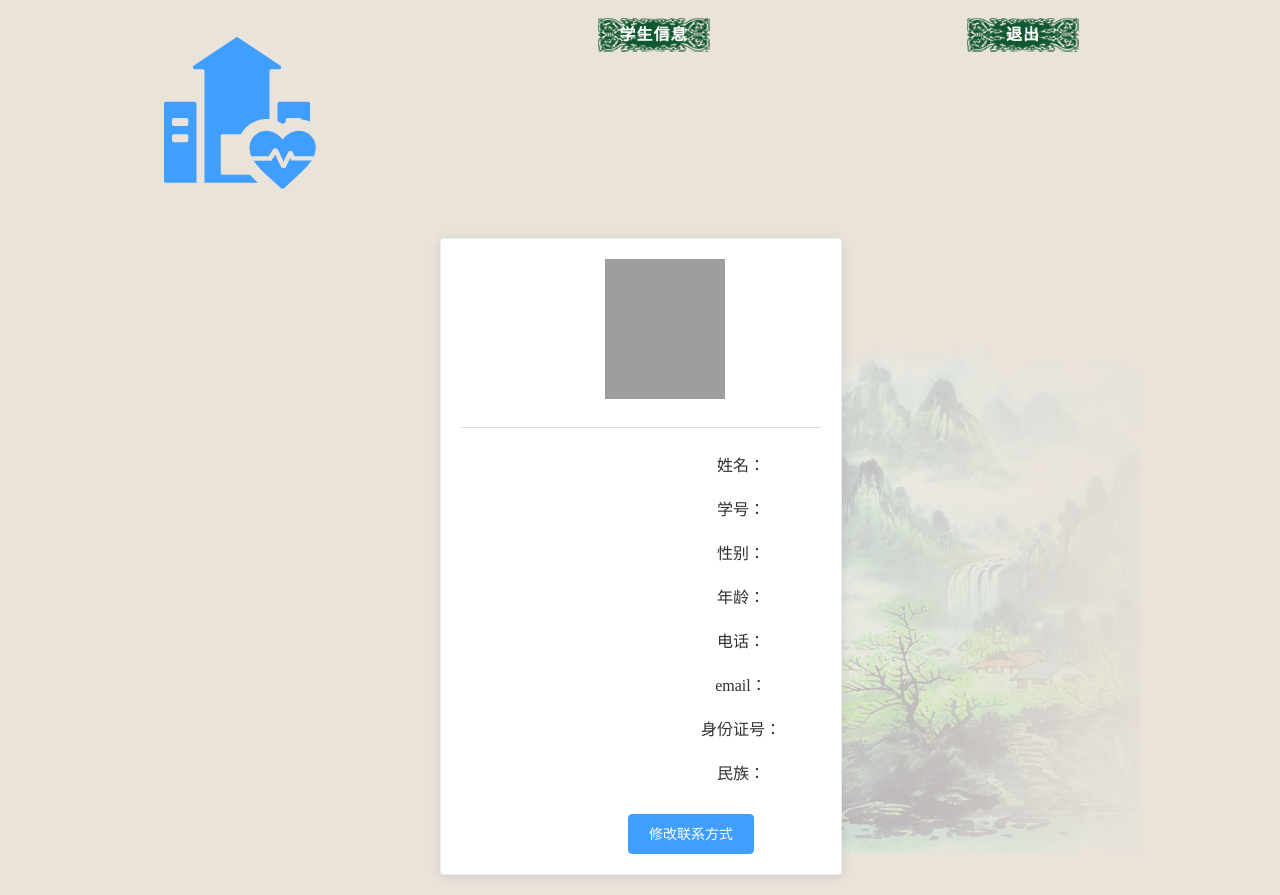
Repository: Blizzard-cyber/winsdom_scool_front
Page: /#/Personal
These files come from the project's save history. The page is drawn as it stood at one moment and after the next save; the edit follows.
The browser window is 1280 px wide. The pictures show the whole page.
Pictures or frames that could not be fetched are drawn as grey boxes. The project was rebuilt for these pictures with package versions that can differ from the ones it lists, and the page was loaded fresh each time. Also part of the build but not shown: src/components/comment/bottom.vue, src/components/first.vue, src/components/inside.vue, src/components/index.vue, src/components/dynamic/photo-news.vue, src/components/dynamic/latest-information.vue, src/components/contact/contact-us.vue, src/components/info_modules/course.vue and 7 more. Imported but missing from the stored project, and not drawn on this page: src/components/dynamic/school-notice, src/components/info_modules/lab.

Above is the page before, as saved 2022-07-04 12:05:15.
Console error: TypeError: Cannot read properties of null (reading 'getContext')

### index.html
<!DOCTYPE html>
<html>
  <head>
    <meta charset="utf-8">
    <meta name="viewport" content="width=device-width,initial-scale=1.0">
    <title>peidao</title>
  </head>
  <body>
    <div id="app"></div>
    <!-- built files will be auto injected -->
  </body>
</html>

### src/main.js
// The Vue build version to load with the `import` command
// (runtime-only or standalone) has been set in webpack.base.conf with an alias.
import Vue from 'vue'
import App from './App'
import router from './router'
import 'element-ui/lib/theme-chalk/index.css'
import ElementUI from 'element-ui'
import '../static/css/main.css'
import '../static/js/jquery-3.2.1.min'



Vue.config.productionTip = false
Vue.use(ElementUI)

/* eslint-disable no-new */
new Vue({
    el: '#app',
    router,
    template: '<App/>',
    components: { App }
})

### src/router/index.js
import Vue from 'vue'
import Router from 'vue-router'
import Head from '@/components/comment/head'
import Bottom from '@/components/comment/bottom'
import First from '@/components/first'
import Inside from '@/components/inside'
import Index from '@/components/index.vue'

import SchoolNotice from '@/components/dynamic/school-notice'
import PhotoNews from '@/components/dynamic/photo-news'
import LatestInformation from '@/components/dynamic/latest-information'

import ContactUs from '@/components/contact/contact-us'
import Info from '@/components/info'

import Course from '@/components/info_modules/course'
import CourseTable from '@/components/info_modules/course_table'
import ExamFee from '@/components/info_modules/exam_fee'
import Exam from '@/components/info_modules/exam'
import Gdesign from '@/components/info_modules/gdesign'
import Lab from '@/components/info_modules/lab'
import Personal from '@/components/info_modules/personal'
import Remark from '@/components/info_modules/remark'
import StudyFee from '@/components/info_modules/study_fee'

Vue.use(Router)
Vue.component('my-head', Head)
Vue.component('my-bottom', Bottom)

export default new Router({
    routes: [{
        path: '/',
        name: 'Index',
        component: Index
    }, {
        path: '/First',
        name: 'First',
        component: First
    }, {
        path: '/Head',
        name: 'Head',
        component: Head
    }, {
        path: '/Bottom',
        name: 'Bottom',
        component: Bottom
    }, {
        path: '/Inside',
        name: 'Inside',
        component: Inside
    },
    {
        path: '/Info',
        name: 'Info',
        component: Info
    },
    {
        path: '/SchoolNotice',
        name: 'SchoolNotice',
        component: SchoolNotice
    }, {
        path: '/PhotoNews',
        name: 'PhotoNews',
        component: PhotoNews
    }, {
        path: '/LatestInformation',
        name: 'LatestInformation',
        component: LatestInformation
    }, {
        path: '/LatestInformation',
        name: 'LatestInformation',
        component: LatestInformation
    }, {
        path: '/ContactUs',
        name: 'ContactUs',
        component: ContactUs
    }
        , {
        path: '/Course',
        name: 'Course',
        component: Course
    },
    {
        path: '/CourseTable',
        name: 'CourseTable',
        component: CourseTable
    },
    {
        path: '/ExamFee',
        name: 'ExamFee',
        component: ExamFee
    },
    {
        path: '/Exam',
        name: 'Exam',
        component: Exam
    },
    {
        path: '/Gdesign',
        name: 'Gdesign',
        component: Gdesign
    },
    {
        path: '/Lab',
        name: 'Lab',
        component: Lab
    },
    {
        path: '/Personal',
        name: 'Personal',
        component: Personal
    },
    {
        path: '/Remark',
        name: 'Remark',
        component: Remark
    },
    {
        path: '/StudyFee',
        name: 'StudyFee',
        component: StudyFee
    }]
})

### static/css/main.css
@charset "utf-8";

/* Global style */
html,
body,
h1,
h2,
h3,
h4,
h5,
h6,
div,
dl,
dt,
dd,
ul,
ol,
li,
p,
blockquote,
pre,
hr,
figure,
table,
caption,
th,
td,
form,
fieldset,
legend,
input,
button,
textarea,
menu {
  margin: 0;
  padding: 0;
  font-size: 16px;
}

header,
footer,
section,
article,
aside,
nav,
address,
figure,
figcaption,
menu,
details {
  display: block;
}

table {
  border-collapse: collapse;
  border-spacing: 0;
}

caption,
th {
  font-weight: normal;
}

html,
body,
fieldset,
iframe,
abbr {
  border: 0;
}

i,
cite,
em,
var,
address,
dfn {
  font-style: normal;
}

ul,
ol,
li {
  list-style: none;
}

h1,
h2,
h3,
h4,
h5,
h6,
small {
  font-size: 100%;
  font-weight: 300;
}

pre,
code,
kbd,
samp {
  font-family: inherit;
}

q:before,
q:after {
  content: none;
  content: '';
}

textarea {
  overflow: auto;
  resize: none;
}

label,
summary {
  cursor: default;
}

a,
button {
  cursor: pointer;
}

em,
strong,
b {
  font-weight: 400;
}

textarea,
input,
button,
select,
keygen,
legend {
  color: #777;
  outline: 0;
  font-family: "Microsoft YaHei", Arial;
  font-size: 100%;
  margin: 0;
  outline: none;
  vertical-align: baseline;
  _overflow: visible;
  -webkit-appearance: none;
  -webkit-tap-highlight-color: rgba(255, 255, 255, 0.3);
}

a {
  color: #333;
  border: none;
  text-decoration: none;
  outline: none;
}

a:focus {
  outline: 0;
  -moz-outline-style: none;
}

img {
  border: 0 none;
}

html {
  text-align: center;
  /*background-color: #f5f5f5!important;*/
}

[v-cloak] {
  display: none !important;
}

.allcontainer {
  background: #fff;
}

.flex-col,
.flex-row {
  display: i-webkt-box;
  display: -webkit-flex;
  display: -ms-flexbox;
  display: flex;
}

.flex-col {
  -ms-flex-direction: column;
  -webkit-flex-direction: column;
  flex-direction: column;
}

.flex-col.flex-y-center {
  -webkit-justify-content: center;
  justify-content: center;
  -ms-justify-content: center;
}

.flex-col.flex-top {
  -webkit-justify-content: flex-starttart;
  justify-content: flex-start;
  -ms-justify-content: flex-start;
}

.flex-col.flex-bottom {
  -webkit-justify-content: flex-end;
  justify-content: flex-end;
  -ms-justify-content: flex-end;
}

.flex-col.flex-x-center {
  -webkit-box-align: center;
  -webkit-align-items: center;
  -ms-flex-align: center;
  align-items: center;
}

.flex-col.flex-left {
  align-items: flex-start;
  -ms-align-content: flex-start;
  -webkit-align-content: flex-start;
  align-content: flex-start;
}

.flex-col.flex-right {
  align-items: flex-end;
  -ms-align-content: flex-end;
  -webkit-align-content: flex-end;
  align-content: flex-end;
}

.flex-row {
  -ms-flex-direction: row;
  -webkit-flex-direction: row;
  flex-direction: row;
}

.flex-row.flex-x-center {
  -webkit-box-pack: center;
  -webkit-justify-content: center;
  -ms-flex-pack: center;
  justify-content: center;
}

.flex-row.flex-y-center {
  -webkit-box-align: center;
  -webkit-align-items: center;
  -ms-flex-align: center;
  align-items: center;
}

.flex-row.flex-left {
  -webkit-justify-content: flex-start;
  justify-content: flex-start;
  -ms-justify-content: flex-start;
}

.flex-row.flex-right {
  -webkit-justify-content: flex-end;
  justify-content: flex-end;
  -ms-justify-content: flex-end;
}

.flex-row.flex-bottom {
  align-items: flex-end;
  -ms-align-content: flex-end;
  -webkit-align-content: flex-end;
  align-content: flex-end;
}

.flex-row.flex-top {
  align-items: flex-start;
  -ms-align-content: flex-start;
  -webkit-align-content: flex-start;
  align-content: flex-start;
}

.flex-row.flex-space-around {
  -webkit-justify-content: space-around;
  justify-content: space-around;
  -ms-justify-content: space-around;
}

.flex-row.flex-space-between {
  -webkit-box-pack: justify;
  -webkit-justify-content: space-between;
  -ms-flex-pack: justify;
  justify-content: space-between;
}

.flex-col.flex-space-around {
  -webkit-justify-content: space-around;
  justify-content: space-around;
  -ms-justify-content: space-around;
}

.flex-col.flex-space-between {
  -webkit-justify-content: space-between;
  justify-content: space-between;
  -ms-justify-content: space-between;
}

.flex-col.flex-wrap {
  -webkit-flex-wrap: wrap;
  flex-wrap: wrap;
  -ms-flex-wrap: wrap;
}

.flex-row.flex-wrap {
  -webkit-flex-wrap: wrap;
  flex-wrap: wrap;
  -ms-flex-wrap: wrap;
}

.main {
  background: #e9e3da;
}

.center {
  width: 1000px;
  background-image: url(../../static/img/big-bg.png);
  background-repeat: no-repeat;
  background-position: 408px 349px;
}

.top-bg {
  background: url(../../static/img/head-bg.png);
  background-repeat: no-repeat;
  background-position: 95% 1%;
}

.index {
  width: 1000px;
}

.index .index-head {
  margin-top: 18px;
}

.index .index-nav {
  width: 1000px;
  margin-top: 18px;
}

.index .index-nav a {
  cursor: pointer;
}

.index .index-nav a li {
  color: #fff;
  font-size: 16px;
  width: 112px;
  height: 34px;
  line-height: 34px;
}

.index .index-nav .index-nav-ul {
  width: 939px;
  border: none;
  font-size: 14px;
  font-weight: 700;
  letter-spacing: 1px;
}

.index .index-nav .index-nav-ul .index-nav-li {
  color: #fff;
  font-size: 16px;
  width: 112px;
  height: 34px;
  line-height: 34px;
  background: url(../../static/img/li-b.png);
}

.index .index-nav .index-nav-ul .index-nav-li .index-nav-a {
  cursor: pointer;
  color: #fff;
}

.index .index-nav .index-nav-ul .index-nav-li .index-nav-hide {
  width: 112px;
  position: absolute;
  z-index: 50;
  color: #fff;
  background-color: #105830;
}

.words {
  margin-top: 14px;
}

.words .words-left {
  width: 263px;
  height: 90px;
  background-image: url(../img/top2-l.png);
}

.words .words-right {
  width: 731px;
  height: 90px;
  background-image: url(../img/top2-r.png);
}

.news {
  margin-top: 17px;
}

.news .news-left {
  width: 100%;
}

.news .news-left img {
  height: 300px;
}

.news .news-right {
  margin-top: 22px;
  width: 481px;
}

.news .news-right .news-right-inner {
  width: 467px;
  height: 200px;
  color: #373737;
}

.show {
  margin-top: 30px;
  color: #373737;
  margin-bottom: 72px;
}

.show .show-notice {
  width: 486px;
  margin-top: 20px;
  height: 200px;
}

.show .show-notice .show-notice-inner {
  width: 465px;
  height: 205px;
}

.show .show-invite {
  width: 483px;
  height: 200px;
  margin-top: 20px;
}

.show .show-invite .show-invite-inner {
  width: 465px;
  height: 205px;
}

.other {
  height: 122px;
  color: #171717;
}

.other .other-inner {
  width: 950px;
}

.bottom {
  margin-top: 26px;
  color: #171717;
  margin-bottom: 37px;
  color: #373737;
}

.bottom .bottom-inner {
  width: 613px;
}

.bottom .bottom-inner .bottom-inner-in {
  height: 75px;
}

.location {
  height: 31px;
  margin-top: 10px;
  letter-spacing: 1px;
  color: #161616;
  background-color: #9b9994;
}

.location .location-inner {
  margin-left: 15px;
}

.photonews {
  margin-top: 37px;
  margin-bottom: 35px;
}

.photonews .photonews-title-1 {
  font-size: 23.8px;
}

.photonews .photonews-title-2 {
  font-size: 12px;
}

.photonews .photonews-inner {
  width: 770px;
  margin-top: 50px;
  font-size: 12px;
  text-indent: 2em;
}

.photonews .photonews-inner .photonews-inner-txt {
  text-align: left;
  width: 770px;
}

.photonews .photonews-inner .photonews-inner-img {
  margin-bottom: 15px;
}

.black-bg {
  background-image: url(../img/black-bg.png);
}

.green-bg {
  background-image: url(../img/green-bg.png);
}

.list {
  margin-top: 11px;
  color: #434343;
}

.list .list-left {
  width: 198px;
  height: 695px;
  margin-bottom: 63px;
  background-image: url(../img/list-l.png);
  background-repeat: no-repeat;
}

.list .list-left .list-left-inner {
  height: 116px;
  margin-top: 85px;
}

.list .list-left .list-left-inner li {
  color: #fff;
  font-size: 16px;
  width: 112px;
  height: 34px;
  line-height: 34px;
  cursor: pointer;
}

.list .list-right .list-right-title {
  width: 795px;
  height: 34px;
  background: #b0aca5;
}

.list .list-right .list-right-title .list-right-title-inner {
  margin-left: 23px;
}

.list .list-right .list-right-inner {
  height: 908px;
  background-image: url(../img/list-r.png);
  background-repeat: no-repeat;
  background-position: 100% 100%;
}

.list .list-right .list-right-inner .list-right-inner-words {
  height: 908px;
  margin-left: 40px;
}

.list .list-right .list-right-inner .list-right-inner-words .list-right-inner-words1 {
  width: 750px;
}

.list .list-right .list-right-bottom {
  width: 795px;
  margin-top: 17px;
  margin-bottom: 63px;
}

.list .list-right .list-right-bottom .list-right-bottom-li {
  background-color: #0c6930;
  margin-right: 8px;
  color: #ffffff;
  padding: 7px;
  font-size: 12px;
}

.photo-width {
  width: 700px;
}

.beautiful-bottom {
  margin-top: 17px;
  margin-bottom: 63px;
}

.beautiful-bottom .beautiful-bottom-li {
  background-color: #0c6930;
  margin-right: 8px;
  color: #ffffff;
  padding: 7px;
  font-size: 12px;
}

.profile-inner {
  height: 302px;
}

.profile-inner .photonews-inner-words {
  width: 750px;
  cursor: pointer;
}

.words-width {
  width: 750px;
  cursor: pointer;
}

.daohang1 {
  height: 163px;
  margin-top: 85px;
}

.daohang1 li {
  color: #fff;
  font-size: 16px;
  width: 112px;
  height: 34px;
  line-height: 34px;
}

.daohang2 {
  height: 206px;
  margin-top: 85px;
}

.daohang2 li {
  color: #fff;
  font-size: 16px;
  width: 112px;
  height: 34px;
  line-height: 34px;
}

.history-inner {
  height: 95px;
}

.teacher-inner {
  height: 45px;
}

.gifted-person-inner {
  height: 95px;
}

.achievement-inner {
  height: 146px;
}

.teaching-research {
  height: 45px;
}

.section-page {
  width: 960px;
}

.section-page .section-page-inner {
  margin-top: 37px;
  margin-bottom: 65px;
}

.section-page .section-page-inner .img-box1 {
  width: 235px;
  margin-bottom: 5px;
  overflow: hidden;
  cursor: pointer;
}

.section-page .section-page-inner .img-box1 img {
  height: 170px;
}

.section-page .section-page-inner .img-box {
  position: fixed;
  top: 0;
  left: 0;
  width: 100%;
  height: 100%;
  cursor: pointer;
  background: rgba(0, 0, 0, 0.7);
}

.section-page .section-page-inner .img-box img {
  height: 301px;
  width: 1042px;
}

.contact-us {
  width: 700px;
  margin-top: 50px;
}

.contact-us .contact-us-r {
  font-size: 18px;
  margin-bottom: 20px;
}

.contact-us img {
  height: 200px;
}

.shouye-main {
  background: #e9e3da;
  position: fixed;
  width: 100%;
  height: 100%;
}

.shouye-bg {
  background-image: url(../../static/img/shouye-bg.png);
  background-repeat: no-repeat;
  background-position: 0 80px;
}

.shouye {
  width: 571px;
  margin-top: 112px;
  margin-left: 33%;
}

.shouye .title {
  margin-left: 18px;
}

.shouye .inner {
  width: 572px;
  margin-top: 33px;
}

.shouye .inner .inner-l {
  width: 417px;
  height: 330px;
}

.shouye .inner .inner-l .anim-opacity1,
.shouye .inner .inner-l .anim-opacity2 {
  margin-top: 7px;
  position: absolute;
  height: 314px;
  width: 402px;
  margin-left: -200px;
}

.shouye .inner .inner-l .border {
  position: absolute;
  margin-left: -207px;
}

.shouye .inner .inner-r {
  width: 132px;
  height: 329px;
  background-image: url(../../static/img/index-r.png);
  background-repeat: no-repeat;
}

.shouye .enter {
  margin-top: 12px;
  margin-left: 226px;
  width: 196px;
  height: 56px;
  color: #fff;
  background-image: url(../../static/img/enter.png);
  background-repeat: no-repeat;
}

.shouye .enter p {
  font-size: 15.42px;
}

### src/components/comment/head.vue
<template>
<div class="main">
    <div class="index flex-col">
      <div class="index-nav flex-row">
        <ul class="index-nav-ul flex-row flex-space-between">
          <img src="../../../static/img/logo.png" alt="">
          <li class="index-nav-li">
            <router-link :to="{path:'/Info'}" class="index-nav-a">学生信息</router-link>
          </li>
          <li class="index-nav-li">
            <router-link :to="{path:'/'}"><span class="index-nav-a">退出</span></router-link>
          </li>

        </ul>
      </div>

    </div>
  </div>



</template>

<script>
let self;
export default {
  data() {
    return {

    };
  },
  created() {
    self = this;
  },
  methods: {

}}
</script>

### src/components/info.vue
  <template>
   <div class="main flex-col flex-x-center flex-y-center">
    <div class="center">
     <my-head/>
     <div class="cards">
        <el-row :gutter="50" >
          <el-col :span="8" v-for="(item,index) in items">
           <el-card shadow="hover" :body-style="{ height: '100px' }">
             <div slot="header" class="clearfix">
              <span>{{item.title}}</span>
              <el-button @click="Jump(urls[index].message)" style="float: right; padding: 3px 0" type="text">进入</el-button>
             </div>
              <div class="text item">
              <span>{{item.message}}</span>
              </div>
           </el-card>
          </el-col>
        </el-row>
     </div>
     <my-bottom/>
   </div>
   </div>
  </template>

 <script>

  export default {
    name: "Info",
    data() {
        return {
          items:[
            {title:'个人信息',message:'查询个人信息详情'},
            {title:'课程情况',message:'查询学生个人选课情况，学分和成绩情况'},
            {title:'课程表',message:'查询学生课程表'},
            {title:'我的成绩',message:'查询学生在校期间成绩详情'},
            {title:'考试安排',message:'查询学期考试课程安排'},
            {title:'毕业设计',message:'查询学生毕业设计情况'},
            {title:'学费缴纳信息',message:'查询学生缴费、欠费情况'},
            {title:'缴费报考信息',message:'查询学生学费、报考费信息'},
            {title:'实验室开放时间',message:'查询实验室开放时间'},
          ],
          urls:[
            {message:'/Personal'},
            {message:'/Course'},
            {message:'/CourseTable'},
            {message:'/Remark'},
            {message:'/Exam'},
            {message:'/Gdesign'},
            {message:'/StudyFee'},
            {message:'/ExamFee'},
            {message:'/Lab'},
          ]
        };
    },
    methods: {
      Jump(url) {
        this.$router.replace(url);
      }
    },

}
  </script>


<style>
 /* .el-row {
    margin-bottom: 20px;
    &:last-child {
      margin-bottom: 0;
    }
  } */
  .el-col {
    border-radius: 4px;
  }
  .bg-purple-dark {
    background: #99a9bf;
  }
  .bg-purple {
    background: #d3dce6;
  }
  .bg-purple-light {
    background: #e5e9f2;
  }
  .grid-content {
    border-radius: 4px;
    min-height: 36px;
  }
  .row-bg {
    padding: 10px 0;
    background-color: #f9fafc;
  }
  .el-card {
    border-radius: 4px;
    background: #fff;
    border: 1px solid #ebeef2;
    box-shadow: 0 2px 12px 0 rgba(0, 0, 0, 0.1);
    margin: 20px 0 20px;
    padding: 0;
  }
</style>

### src/components/info_modules/personal.vue
<template>
<div class="main flex-col flex-x-center flex-y-center">
    <div class="center">
     <my-head/>
            <div style="margin-left: 30%;margin-right: 30%">
                <el-card class="box-card">
                    <el-row>
                        <div>
                            <div>
                                <el-image class="identification_photo" :src="this.avatarUrl" alt="" style="margin-left: 40%;margin-right: 40%"/>
                            </div>
                        </div></el-row>
                    <el-divider></el-divider>
                    <div class="Info">
                        <div style="margin-top: 20px">姓名：{{studentInfo.name}}</div>
                        <div style="margin-top: 20px" >学号：{{studentInfo.id}}</div>
                        <div style="margin-top: 20px">性别：{{studentInfo.sex}}</div>
                        <div style="margin-top: 20px">年龄：{{studentInfo.age}}</div>
                        <div style="margin-top: 20px">电话：{{studentInfo.phoneNum}}</div>
                        <div style="margin-top: 20px">email：{{studentInfo.email}}</div>
                        <div style="margin-top: 20px">身份证号：{{studentInfo.idCard}}</div>
                        <div style="margin-top: 20px">民族：{{studentInfo.nation}}</div>
                        <el-button type="primary" @click="open">修改联系方式</el-button>
                    </div>
                </el-card>
            </div>

            </div>
            <my-buttom/>
            </div>
</template>

<script>
    export default {
        name: "Personal",
  data() {
    return {
      studentInfo: [
        {
          id: "1",
          name: "2",
          sex: "3",
          age: "4",
          phoneNum: "5",
          email: "6",
          idCard: "7",
          nation: "8"
        }
      ],
      avatarUrl: '../../../static/img/code2.jpg'
    };
  },
  methods: {

      open() {
        this.$prompt('请输入新联系方式', '提示', {
          confirmButtonText: '确定',
          cancelButtonText: '取消',
          inputPattern: /[\w!#$%&'*+/=?^_`{|}~-]+(?:\.[\w!#$%&'*+/=?^_`{|}~-]+)*@(?:[\w](?:[\w-]*[\w])?\.)+[\w](?:[\w-]*[\w])?/,
          inputErrorMessage: '格式不正确'
        }).then(({ value }) => {
          this.$message({
            type: 'success',
            message: '你的联系方式是: ' + value
          });
        }).catch(() => {
          this.$message({
            type: 'info',
            message: '取消输入'
          });
        });
      }

            // handleClick(tab, event) {
            //     console.log(tab, event);
            // },
            // initCourses(classId) {
            //     this.getRequest('/web/student/courses?classId=' + classId).then(resp => {
            //         console.log(resp.data);
            //         this.coursesList = resp.data;
            //         for (let j = 0; j < this.coursesList.length; j++) {
            //             if (this.coursesList[j].status === 1) {
            //                 this.coursesList[j].status = '必修';
            //             } else if (this.coursesList[j].status === 2) {
            //                 this.coursesList[j].status = '选修';
            //             } else if (this.coursesList[j].status === 3) {
            //                 this.coursesList[j].status = '公选';
            //             }
            //         }
            //     })
            // },
            // initStudents() {
            //     this.getRequest('/web/student/personalInfo').then(resp => {
            //         this.studentInfo = resp.data;
            //         if (this.studentInfo.avatar === '') {
            //             this.avatarUrl = require('../../assets/user_pic_middle.gif');
            //         }
            //         this.initCourses(this.studentInfo.classes.id);
            //     })
            // }
        },
    }
</script>

<style scoped>
    .activeName{
        width: 100%;
        height: 100%;
    }

    .box-card {
        width: 100%;
        height: 100%;
        text-align: center;
    }


    .grid-content {
        border-radius: 4px;
        min-height: 36px;
    }

    .el-dropdown-link {
        cursor: pointer;
        color: #409EFF;
    }
    .el-icon-arrow-down {
        font-size: 12px;
    }
    .identification_photo{
        width: 120px;
        height: 140px;
        margin-left: 160px;
    }
    .Info{
        width: 100%;
        height: 100%;
        margin-left: 100px;

    }
    .el-button{
        margin-top: 30px;
        margin-left: -100px;
        display: inline-block;
    }
</style>

Loaded but not shown: src/App.vue (common file)

After the next save:
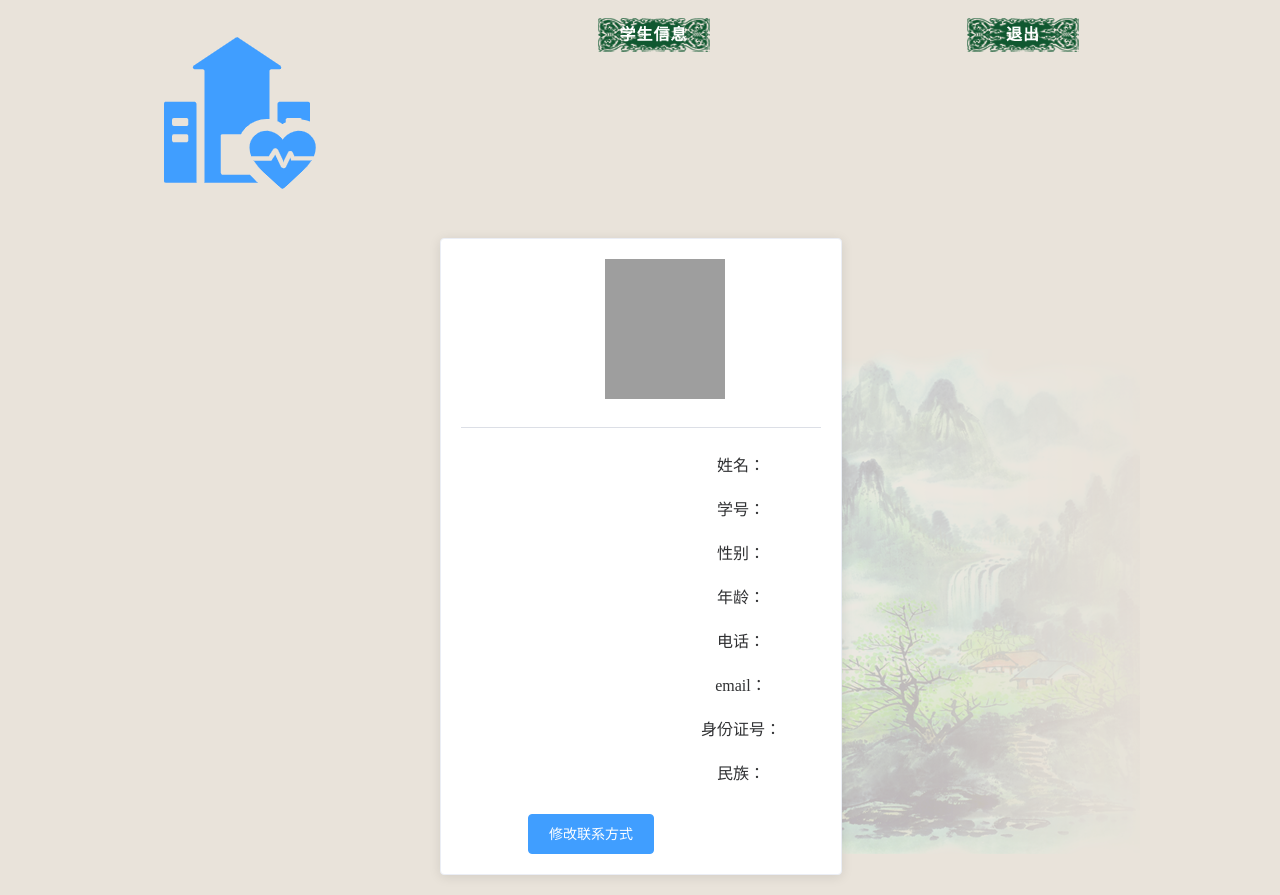
Saved 7 s later.
--- a/src/components/info_modules/personal.vue
+++ b/src/components/info_modules/personal.vue
@@ -140,7 +140,7 @@
     }
     .el-button{
         margin-top: 30px;
-        margin-left: -100px;
+        margin-left: -300px;
         display: inline-block;
     }
 </style>
